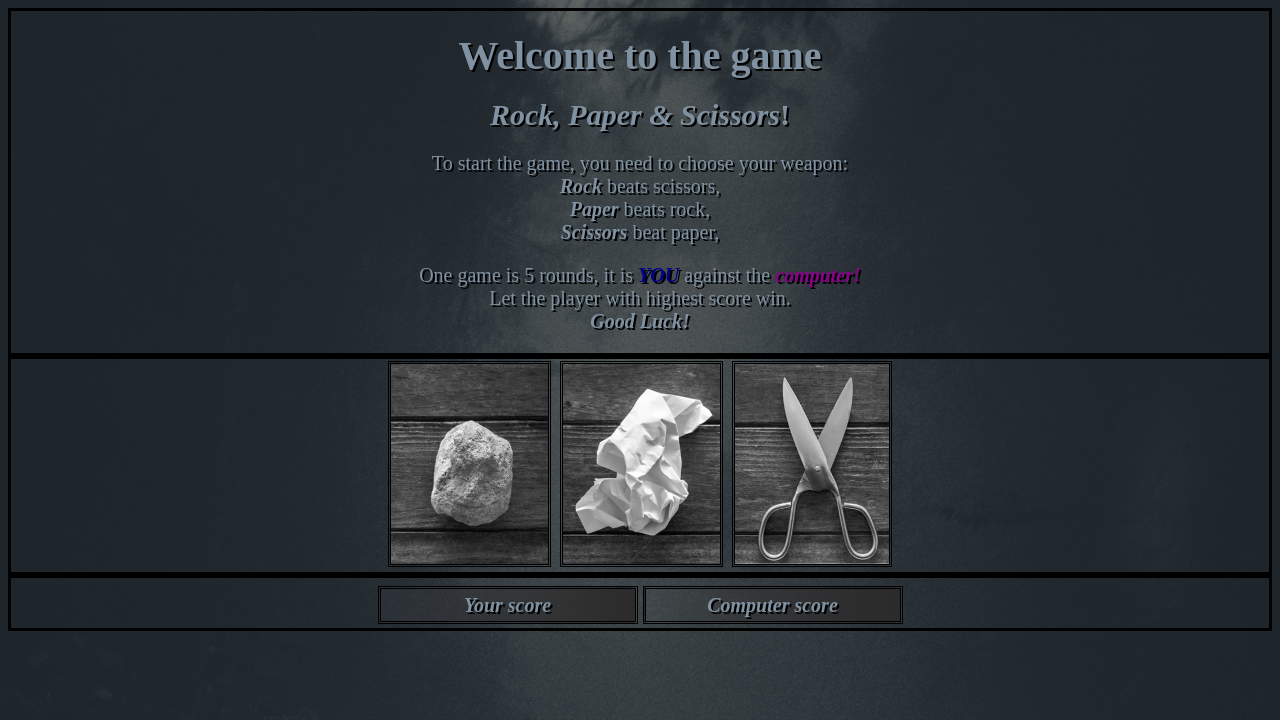
Repository: agneta1991/rock-paper-scissors
Page: Desktop/coding/index2.html
These files come from the project's save history. The page is drawn as it stood at one moment and after the next save; the edit follows.
The browser window is 1280 px wide. The pictures show the whole page.

Above is the page before, as saved 2023-03-06 09:37:00.

### Desktop/coding/index2.html
<!DOCTYPE html>
<html lang="en">
<head>
    <meta charset="UTF-8">
    <title>Rock Paper Scissors</title>
    <link rel="styleSheet" href='styles.css'>
</head>
<body>
    <script src="js.js" defer></script>
    <div class="container1">
        <div class="title">
            <h1>Welcome to the game </h1>
            <h2><span>Rock, Paper & Scissors</span>!</h2>
            <p>To start the game, you need to choose your weapon:<br>
            <span>Rock</span> beats scissors, <br>
            <span>Paper</span> beats rock, <br>
            <span>Scissors</span> beat paper,</p>
            <p>One game is 5 rounds, it is <span style="color: darkblue">YOU</span> against the <span style="color: darkmagenta">computer!</span><br>
            Let the player with highest score win.<br>
        <span>Good Luck!</span></p>
        </div>
    </div>
    <div class ="container2">
        <div class="options">
            <button class="Rock"> <img src='images/rock.png'></button>
            <button class="Paper"><img src='images/paper.png'></button>
            <button class="Scissors"><img src='images/scissors.png'></button>
        </div>
    </div>
    <div class="container3">
        <div class="choices">
            <div id="playerChoice"></div><div id="computerChoice"></div>
        </div>

        <div id="msg"></div>

        <div class="score">
            <div class="playerScore">
                <span>Your score</span>
                <div id="displayedPlayerScore"></div>
            </div>
            <div class="computerScore">
                <span>Computer score</span>
                <div id="displayedComputerScore"></div>
            </div>
        </div>

    <div id="winner"></div>
    </div>
</body>
</html>

### Desktop/coding/styles.css
body{
    background-image: url('images/background.jpg');
    background-size:100%;
}
h1, h2{
    line-height: 90%;
}

.container1, .container2, .container3{
    border: solid black;
    color: rgb(128, 146, 161);
    text-shadow: 2px 2px black;
    font-size: 20px;
}
span{
    font-weight: bold;
    font-style: italic;
}
.container1{
    display: flex;
    justify-content: center;
    text-align: center;
}


img{
    width: auto ;
    height: 200px ;
    border-style: double;
}

.container2 {
    display: flex;
    justify-content: center;
    gap: 8px;
}
button{
    background-color: transparent;
    padding: 0%;
    border-color: transparent;
}


img {
    -webkit-filter:
    grayscale(100%);
    filter:grayscale(100%);
    -webkit-transition: .2s
    ease-in-out;
    transition: .2s ease-in-out;

}

img:hover {
    -webkit-filter:grayscale(0);
    filter:grayscale(0);

}

.playerScore, .computerScore {
    padding: 7px;
    display: inline;
    border-color: black;
    line-height: 90%;
    width: 240px;
    border-style: double;
    background-image: linear-gradient(to right, rgba(156, 146, 146, 0.055),rgb(44, 42, 42) );
}

.score, .choices{
    display: flex;
    flex-wrap: wrap;
    justify-content: center;
    text-align: center;
    gap: 5px;

}

#playerChoice, #computerChoice, #msg, #winner{
    display: flex;
    justify-content: center;
    text-align: center;
    padding: 2px;
    font-size: 25px;
    display: flex;
    justify-content: center;
    text-align: center;
}

### Desktop/coding/js.js
const choice = ['Rock', 'Paper', 'Scissors'];
const computerChoice = choice[Math.floor(Math.random()*choice.length)];
let playerScore=0;
let computerScore=0;

function round() {
const btn = document.querySelectorAll('button');

    btn.forEach((individualBtn)=>{
    individualBtn.addEventListener('click', ()=>{
        document.getElementById ('playerChoice').innerHTML = individualBtn.className + ' against '
        document.getElementById('computerChoice').innerHTML = computerChoice;

            let clicked = individualBtn.className;
            let msgComp = 'Computer wins!';
            let msgPlay = 'You win!';
            let msgT = "it's a tie!";

         if (clicked === 'Rock' && computerChoice === 'Paper'){
            document.getElementById('msg').innerHTML= msgComp;
            ++computerScore;
            document.getElementById('displayedComputerScore').innerHTML = computerScore;
            document.getElementById('displayedPlayerScore').innerHTML = playerScore;

            } else if (clicked==='Paper' && computerChoice ==='Scissors'){
            document.getElementById('msg').innerHTML= msgComp;
            ++computerScore;
            document.getElementById('displayedComputerScore').innerHTML = computerScore;
            document.getElementById('displayedPlayerScore').innerHTML = playerScore;

            } else if (clicked === 'Scissors' && computerChoice==='Rock'){
            ++computerScore;
            document.getElementById('displayedComputerScore').innerHTML = computerScore;
            document.getElementById('displayedPlayerScore').innerHTML = playerScore;
            document.getElementById('msg').innerHTML= msgComp;

            } else if (clicked=== 'Paper' && computerChoice==='Rock'){
            ++playerScore;
            document.getElementById('displayedPlayerScore').innerHTML = playerScore;
            document.getElementById('displayedComputerScore').innerHTML = computerScore;
            document.getElementById('msg').innerHTML= msgPlay;

            } else if(clicked === 'Scissors' && computerChoice === 'Paper'){
            ++playerScore;
            document.getElementById('displayedPlayerScore').innerHTML = playerScore;
            document.getElementById('displayedComputerScore').innerHTML = computerScore;
            document.getElementById('msg').innerHTML= msgPlay;

            } else if (clicked === 'Rock' && computerChoice==='Scissors'){
            ++playerScore;
            document.getElementById('displayedPlayerScore').innerHTML = playerScore;
            document.getElementById('displayedComputerScore').innerHTML = computerScore;
            document.getElementById('msg').innerHTML= msgPlay;

            } else if(clicked === computerChoice) {
            document.getElementById('msg').innerHTML= msgT;
            document.getElementById('displayedPlayerScore').innerHTML = playerScore;
            document.getElementById('displayedComputerScore').innerHTML = computerScore;
            };

            if (playerScore===5){
                document.getElementById('winner').innerHTML='Congratulations! you have won';
            }else if (playerScore === 5){
                document.getElementById('winner').innerHTML='Unfortunately computer won this time! better luck next game!';
            };


    });
});
}

round();

After the next save:
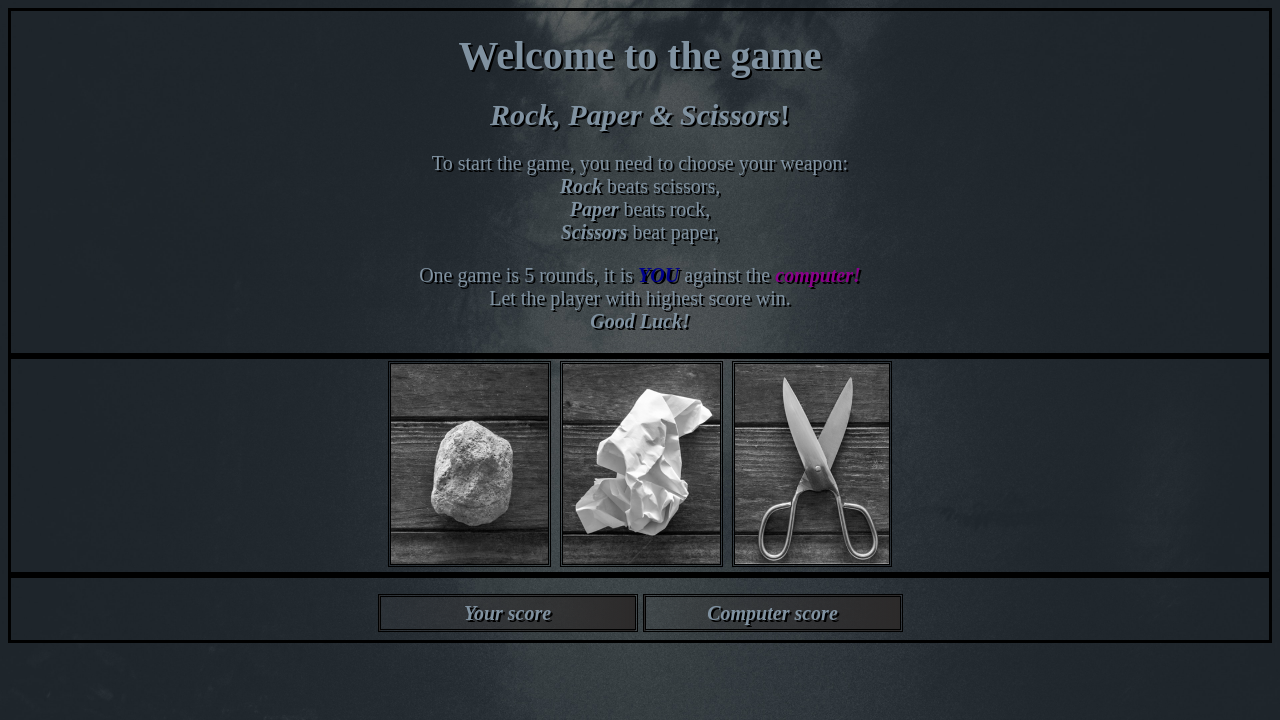
Saved 26 s later.
--- a/Desktop/coding/styles.css
+++ b/Desktop/coding/styles.css
@@ -80,7 +80,7 @@ img:hover {
     display: flex;
     justify-content: center;
     text-align: center;
-    padding: 2px;
+    padding: 4px;
     font-size: 25px;
     display: flex;
     justify-content: center;
